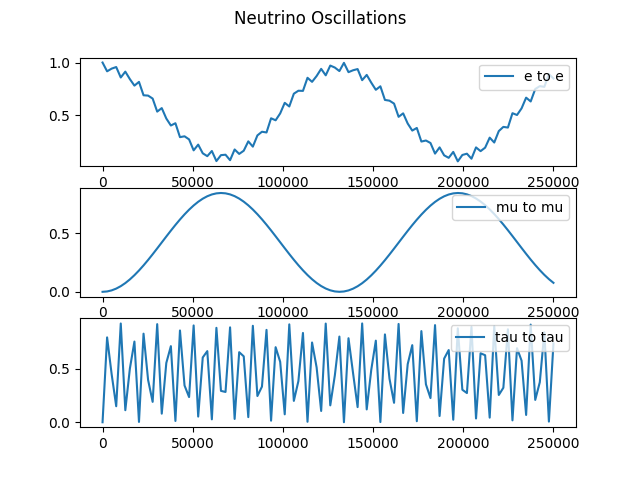
Repository: MichaelCullen2011/QuantumAndNeutrinos
Script's output: python neutrinos.py
An editor plug-in stored every save of this project. The script's output is shown before and after the next save, followed by the edit.
Random numbers start from a fixed seed.

Above is the script's output before, as saved 2021-06-02 16:37:54.

### neutrinos.py
import numpy as np
import matplotlib.pyplot as plt


'''
To Do           - tau interactions
                - clean up constant variables into dicts or lists
'''


'''
Variables and Constants
'''
# # Constants
# Mass difference squared between two flavour states
delta_m_sq = {'eu': 7.53e-5, 'tu': 2.44e-3, 'te': 2.44e-3, 'ue': 7.53e-5, 'ut': 2.44e-3, 'et': 2.44e-3}     # eV**2
delta_m_e_mu_sq = 7.53e-5      # eV**2
delta_m_tau_mu_sq = 2.44e-3    # eV**2  # can be +ve or -ve
delta_m_tau_e_sq = 2.44e-3     # eV**2  # can be +ve or -ve
delta_m_mu_e_sq = delta_m_e_mu_sq      # eV**2
delta_m_mu_tau_sq = delta_m_tau_mu_sq    # can be +ve or -ve
delta_m_e_tau_sq = delta_m_tau_e_sq     # eV**2

# Angle between flavour states
sin_q_theta = {'eu': 0.846, 'tu': 0.92, 'te': 0.093, 'ue': 0.846, 'ut': 0.92, 'et': 0.093}
sin_sq_theta_e_tau = 0.093
sin_sq_theta_e_mu = 0.846
sin_sq_theta_mu_tau = 0.92      # actually > 0.92 but it varies on atmospheric values
sin_sq_theta_mu_e = sin_sq_theta_e_mu
sin_sq_theta_tau_e = sin_sq_theta_e_tau
sin_sq_theta_tau_mu = sin_sq_theta_mu_tau

G_f = 1.1663787e-5         # GeV-2
sin_sq_theta_w = 0.22290        # Weinberg angle
m_e = 0.511 * 1e-3     # GeV c-2
m_u = 105 * 1e-3       # GeV c-2
sigma_naught = 1.72e-45         # m**2 / GeV

# # Variables
m_out = 10       # reactant mass out (electrons, muons etc)
m_in = 1000        # reactant mass in (electrons, muons etc)
E_v = 100     # Neutrino energy
L = 10       # distance oscillating (for oscillation)
E = E_v     # Neutrino beam energy
d = 10       # distance travelled (for decoherence)



'''
Oscillation Probabilities   -   p_oscill = (np.sin(2 * theta))**2 * (np.sin((delta_m_sq * L) / (4 * E)))**2
'''
class Oscillations:
    def __init__(self, distance):
        self.prob_list = {
            'eu': [], 'et': [],
            'ue': [], 'ut': [],
            'te': [], 'tu': [],
            'ee': [], 'uu': [],     # do these last as theyre calculated based on the previously calculated
            'tt': [],
        }

        self.prob_reduced = {
            'e': [],
            'u': [],
            't': []
        }

        self.prob_neut = []

        self.max_points = 100      # Number of points
        E = 4      # GeV
        self.L = distance    # Km
        self.x_range = np.linspace(0, self.L / E, self.max_points)
        theta_range = np.linspace(0, 2 * np.pi, self.max_points)

    def calculate(self):
        for x in self.x_range:
            # print(f"Calculated Probability of {self.max_points}")
            for change in self.prob_list.keys():
                if change not in ['ee', 'uu', 'tt']:
                    self.prob_list[change].append(Oscillations.prob(self, flavours=change, x=x))
            self.prob_list['ee'].append(1 - (self.prob_list['eu'][-1] + self.prob_list['et'][-1]))
            self.prob_list['uu'].append(1 - (self.prob_list['ue'][-1] + self.prob_list['ut'][-1]))
            self.prob_list['tt'].append(1 - (self.prob_list['te'][-1] + self.prob_list['tu'][-1]))

        self.prob_reduced['e'] = [self.prob_list['ee'], self.prob_list['eu'], self.prob_list['et']]
        self.prob_reduced['u'] = [self.prob_list['uu'], self.prob_list['ue'], self.prob_list['ut']]
        self.prob_reduced['t'] = [self.prob_list['tt'], self.prob_list['te'], self.prob_list['tu']]
        Oscillations.plot(self)

    def plot(self):
        fig, axs = plt.subplots(3)
        fig.suptitle('Neutrino Oscillations')

        n = 0
        for probs in self.prob_reduced.values():
            axs[n].plot(self.x_range, probs[n])
            if n == 0:
                axs[n].legend(['e to e', 'e to mu', 'e to tau'], loc=1)
            elif n == 1:
                axs[n].legend(['mu to mu', 'mu to e', 'mu to tau'], loc=1)
            elif n == 2:
                axs[n].legend(['tau to tau', 'tau to e', 'tau to mu'], loc=1)
            n += 1


            # if n == 1:
            #     for p in probs:
            #         axs[n].plot(self.x_range, p)
            #         axs[n].legend(['mu to mu', 'mu to e', 'mu to tau'], loc=1)
            # if n == 2:
            #     for p in probs:
            #         axs[n].plot(self.x_range, p)
            #         axs[n].legend(['tau to tau', 'tau to e', 'tau to mu'], loc=1)

        # for initial_flavours, probs in self.prob_reduced.items():
        #     axs[n].plot(self.x_range, probs[0], '-')
        #     axs[n].plot(self.x_range, probs[1], '-')
        #     axs[n].plot(self.x_range, probs[2], '-')
        # plt.legend(self.prob_reduced.keys())
        # plt.legend(self.prob_neut.keys())
        plt.show()

    def prob(self, flavours, x):
        if flavours == 'eu':
            prob = sin_sq_theta_e_mu * np.square(np.sin(1.27 * delta_m_e_mu_sq * x / 4))
        elif flavours == 'et':
            prob = sin_sq_theta_e_tau * np.square(np.sin(1.27 * delta_m_e_tau_sq * x / 4))
        elif flavours == 'ue':
            prob = sin_sq_theta_e_mu * np.square(np.sin(1.27 * delta_m_mu_e_sq * x / 4))
        elif flavours == 'ut':
            prob = sin_sq_theta_mu_tau * np.square(np.sin(1.27 * delta_m_mu_tau_sq * x / 4))
        elif flavours == 'te':
            prob = sin_sq_theta_tau_e * np.square(np.sin(1.27 * delta_m_tau_e_sq * x / 4))
        elif flavours == 'tu':
            prob = sin_sq_theta_tau_mu * np.square(np.sin(1.27 * delta_m_tau_mu_sq * x / 4))
        return prob



'''
Cross Sections
'''
class CrossSections:
    def __init__(self, energy, lepton):
        E_v = energy
        sigma_naught = 1.72e-45

        s_e = sigma_naught * np.pi / G_f**2
        s_u = s_e * (m_u / m_e)

        sigma_naught_e = (2 * m_e * G_f**2 * E_v) / np.pi
        sigma_naught_u = (2 * m_u * G_f**2 * E_v) / np.pi

        if lepton == 'e':
            sigma_naught = sigma_naught_e
            self.cs_without_ms = {'e_e': [], 'E_E': [], 'E_U': [], 'u_e': [], 'u_u': [], 'U_U': []}
            self.cs_with_ms = {'e_e': [], 'E_E': [], 'E_U': [], 'u_e': [], 'u_u': [], 'U_U': []}

        elif lepton == 'u':
            sigma_naught = sigma_naught_u
            self.cs_without_ms = {'e_e': [], 'E_E': [], 'U_E': [], 'e_u': [], 'u_u': [], 'U_U': []}
            self.cs_with_ms = {'e_e': [], 'E_E': [], 'U_E': [], 'e_u': [], 'u_u': [], 'U_U': []}

        for flavour in self.cs_without_ms.keys():
            cs = CrossSections.neutrino_and_electron(self, flavour=flavour) * energy * sigma_naught
            self.cs_without_ms[flavour].append(cs)
            self.cs_with_ms[flavour].append(
                cs * energy * sigma_naught *
                CrossSections.mass_suppression(
                    self, flavour, energy=energy, reaction_lepton=lepton
                )
            )

    def neutrino_and_electron(self, flavour):
        if flavour == 'e_e':
            cs = 0.25 + sin_sq_theta_w + (4 / 3) * np.square(sin_sq_theta_w)
        elif flavour == 'E_E':
            cs = (1 / 12) + 1 / 3 * (sin_sq_theta_w + 4 / 3 * np.square(sin_sq_theta_w))
        elif flavour == 'E_U' or flavour == 'U_E':
            cs = 1 / 3
        elif flavour == 'u_e' or flavour == 'e_u':
            cs = 1
        elif flavour == 'u_u':
            cs = 1 / 4 - sin_sq_theta_w + 4 / 3 * np.square(sin_sq_theta_w)
        elif flavour == 'U_U':
            cs = 1 / 12 - 1 / 3 * sin_sq_theta_w + 4 / 3 * np.square(sin_sq_theta_w)
        return cs

    def mass_suppression(self, flavour, energy, reaction_lepton='e'):
        m_E = m_e
        m_U = m_u
        if reaction_lepton == 'e':
            m_in = m_e
        elif reaction_lepton == 'u':
            m_in = m_u

        if flavour == 'e_e':
            zeta = 1 - ((m_e ** 2) / (m_in ** 2 + 2 * m_in * energy))
        elif flavour == 'E_E':
            zeta = 1 - ((m_e ** 2) / (m_in ** 2 + 2 * m_in * energy))
        elif flavour == 'E_U':
            zeta = 1 - ((m_u ** 2) / (m_in ** 2 + 2 * m_in * energy))
        elif flavour == 'u_e':
            zeta = 1 - ((m_u ** 2) / (m_in ** 2 + 2 * m_in * energy))
        elif flavour == 'u_u':
            zeta = 1 - ((m_e ** 2) / (m_in ** 2 + 2 * m_in * energy))
        elif flavour == 'U_U':
            zeta = 1 - ((m_e ** 2) / (m_in ** 2 + 2 * m_in * energy))
        # neutrino-muon specific reactions
        elif flavour == 'U_E':
            zeta = 1 - ((m_e ** 2) / (m_in ** 2 + 2 * m_in * energy))
        elif flavour == 'e_u':
            zeta = 1 - ((m_e ** 2) / (m_in ** 2 + 2 * m_in * energy))
        return zeta



'''
Wave Functions (for plotting)
'''
class WaveFunctions:
    def __init__(self, accuracy):
        phi = np.linspace(0, np.pi, accuracy)
        theta = np.linspace(0, 2 * np.pi, 20)
        prob_at_detector = {'e_e': [], 'e_mu': [], 'e_tau': [],
                            'mu_mu': [], 'mu_e': [], 'mu_tau': [],
                            'tau_tau': [], 'tau_e': [], 'tau_mu': []}
        flavour_list = ['e_e', 'e_mu', 'e_tau', 'mu_mu', 'mu_e', 'mu_tau', 'tau_tau', 'tau_e', 'tau_mu']
        detector_1 = {'e_e': [], 'e_mu': [], 'e_tau': [],
                      'mu_mu': [], 'mu_e': [], 'mu_tau': [],
                      'tau_tau': [], 'tau_e': [], 'tau_mu': []}
        detector_2 = {'e_e': [], 'e_mu': [], 'e_tau': [],
                      'mu_mu': [], 'mu_e': [], 'mu_tau': [],
                      'tau_tau': [], 'tau_e': [], 'tau_mu': []}

        for flavour_change in flavour_list:
            for phi_value in phi:
                prob_at_detector[flavour_change].append(WaveFunctions.prob(self, flavour=flavour_change, phi=phi_value))

            for tuple in prob_at_detector[flavour_change]:
                detector_1[flavour_change].append(tuple[0])
                detector_2[flavour_change].append(tuple[0])

        fig1 = plt.figure()
        fig2 = plt.figure()
        ax1 = fig1.add_subplot(111)
        ax2 = fig2.add_subplot(111)
        ax1.title.set_text('Detector 1 Probabilities')
        ax2.title.set_text('Detector 2 Probabilities')

        ax1.set_xticks(ticks=np.linspace(start=0, stop=2 * np.pi, num=int(accuracy)))
        ax1.set_yticks(ticks=np.linspace(0, 1, num=5))
        ax2.set_xticks(ticks=np.linspace(start=0, stop=2 * np.pi, num=int(accuracy)))
        ax2.set_yticks(ticks=np.linspace(0, 1, num=5))


        for prob_list in detector_1.values():
            #print(prob_list)
            ax1.plot(phi, prob_list, '--', linewidth=1)

        for prob_list in detector_2.values():
            #print(prob_list)
            ax2.plot(phi, prob_list, '--', linewidth=1)

        ax1.legend(flavour_list, loc=1)
        ax2.legend(flavour_list, loc=1)

    def prob(self, flavour, phi):
        order_tau_d_same = 1
        order_tau_d_change = 1 / 3
        if flavour == 'e_e':
            prob_f1 = 1
            prob_f2 = 0
        elif flavour == 'e_mu':
            prob_f1 = 1 - (np.sqrt(sin_sq_theta_e_tau) / 2) * (1 - order_tau_d_change * np.cos(phi))
            prob_f2 = (np.sqrt(sin_sq_theta_e_tau) / 2) * (1 - order_tau_d_change * np.cos(phi))
        elif flavour == 'e_tau':
            prob_f1 = 1 - (np.sqrt(sin_sq_theta_e_tau) / 2) * (1 - order_tau_d_change * np.cos(phi))
            prob_f2 = (np.sqrt(sin_sq_theta_e_tau) / 2) * (1 - order_tau_d_change * np.cos(phi))
        if flavour == 'mu_mu':
            prob_f1 = 1
            prob_f2 = 0
        elif flavour == 'mu_e':
            prob_f1 = 1 - (np.sqrt(sin_sq_theta_e_mu) / 2) * (1 - order_tau_d_change * np.cos(phi))
            prob_f2 = (np.sqrt(sin_sq_theta_e_mu) / 2) * (1 - order_tau_d_change * np.cos(phi))
        elif flavour == 'mu_tau':
            prob_f1 = 1 - (np.sqrt(sin_sq_theta_mu_tau) / 2) * (1 - order_tau_d_change * np.cos(phi))
            prob_f2 = (np.sqrt(sin_sq_theta_mu_tau) / 2) * (1 - order_tau_d_change * np.cos(phi))
        if flavour == 'tau_tau':
            prob_f1 = 1
            prob_f2 = 0
        elif flavour == 'tau_e':
            prob_f1 = 1 - (np.sqrt(sin_sq_theta_tau_e) / 2) * (1 - order_tau_d_change * np.cos(phi))
            prob_f2 = (np.sqrt(sin_sq_theta_tau_e) / 2) * (1 - order_tau_d_change * np.cos(phi))
        elif flavour == 'tau_mu':
            prob_f1 = 1 - (np.sqrt(sin_sq_theta_tau_mu) / 2) * (1 - order_tau_d_change * np.cos(phi))
            prob_f2 = (np.sqrt(sin_sq_theta_tau_mu) / 2) * (1 - order_tau_d_change * np.cos(phi))
        return prob_f1, prob_f2



'''
Gates
'''
class Gates:
    def __init__(self, energy_list):
        self.energy_list = energy_list
        self.gate_energy_reactions = None
        self.leptons = {'e': [], 'u': []}       # currently only considering e and mu (no tau)
        self.all_values = {}

    def calculate(self):
        for energy in self.energy_list:
            for lepton in self.leptons.keys():
                # print(f'\n Cross Sections for Reactions with {lepton} at {energy} GeV:')
                self.leptons[lepton] = CrossSections(energy=energy, lepton=lepton)    # Energy in GeV

            gate_reactions = Gates.gate_cs(Gates.combine_cs(self))
            if self.gate_energy_reactions is None:      # checking if first time running this script
                self.gate_energy_reactions = gate_reactions
            else:
                for flavour, value in gate_reactions.items():
                    self.gate_energy_reactions[flavour].append(value[0])
            self.all_values[energy] = [values for values in gate_reactions.values()]
            print(f"Average Prob for {energy} GeV: ", np.average(self.all_values[energy]))
            if energy == self.energy_list[-1]:
                print(f"Neutrino-Lepton Gate Probabilities for {energy}GeV: \n {gate_reactions}")

        # plot
        Gates.plot_energies(self)
        plt.show()


    def combine_cs(self):
        all_cs = {'e_e': [], 'e_u': [], 'u_u': [], 'u_e': [], 'E_E': [], 'E_U': [], 'U_U': [], 'U_E': []}
        e_class = self.leptons['e']
        u_class = self.leptons['u']
        for all_reaction in all_cs.keys():
            for e_reaction, e_value in e_class.cs_without_ms.items():
                if e_reaction == all_reaction:
                    all_cs[all_reaction].append(e_value[0])
            for u_reaction, u_value in u_class.cs_without_ms.items():
                if u_reaction == all_reaction:
                    all_cs[all_reaction].append(u_value[0])

        for all_reaction, all_values in all_cs.items():
            if len(all_values) > 1:
                all_cs[all_reaction] = [(all_values[0] + all_values[1]) / 2]
        return all_cs


    @staticmethod
    def gate_cs(all_cs):
        # creates our final dict with the probabilities for all gate interactions
        single_reactions = ['e_e', 'e_u', 'u_u', 'u_e']
        single_reactions_anti = ['E_E', 'E_U', 'U_U', 'U_E']
        whole_reaction = []
        for first_reaction in single_reactions:
            for second_reaction in single_reactions:
                whole_reaction.append(first_reaction[0] + second_reaction[0] + '_' + first_reaction[2] + second_reaction[2])
        for first_reaction in single_reactions_anti:
            for second_reaction in single_reactions_anti:
                whole_reaction.append(first_reaction[0] + second_reaction[0] + '_' + first_reaction[2] + second_reaction[2])
        gate_reactions = {whole_keys: [] for whole_keys in whole_reaction}


        # reaction 1 is reaction_combined[0] + '_' + reaction_combined[3]
        # reaction 2 in reaction_combined[1] + '_' + reaction_combined[4]
        for reaction_combined in gate_reactions.keys():
            first_reaction = reaction_combined[0] + '_' + reaction_combined[3]
            second_reaction = reaction_combined[1] + '_' + reaction_combined[4]
            gate_reactions[reaction_combined] = [all_cs[first_reaction][0] * all_cs[second_reaction][0]]

        # for key, value in gate_reactions.items():
        #     print(f"{key}: {value}")
        return gate_reactions


    def plot_energies(self):
        for flavour, values in self.gate_energy_reactions.items():
            self.gate_energy_reactions[flavour] = [values, list(self.energy_list)]

        for flavour, values in self.gate_energy_reactions.items():
            plt.plot(values[1], values[0], '-')
        plt.title(f"Neutrino-Lepton Gate Cross-Sections for Energies: {int(min(self.energy_list))}GeV - {int(max(self.energy_list))}GeV")
        plt.legend(self.gate_energy_reactions.keys())



'''
Running
'''
Oscillations(distance=1e6).calculate()    # Prints oscillation probabilities for flavours given the distance it travels

# WaveFunctions(accuracy=20)      # Currently Broken. Doesnt plot correctly # Accuracy is the number of points within the range

# Gates(energy_list=np.linspace(1, 100, 10)).calculate()         # calculates and plots gate probabilities at various energies for different interactions

plt.show()

After the next save:
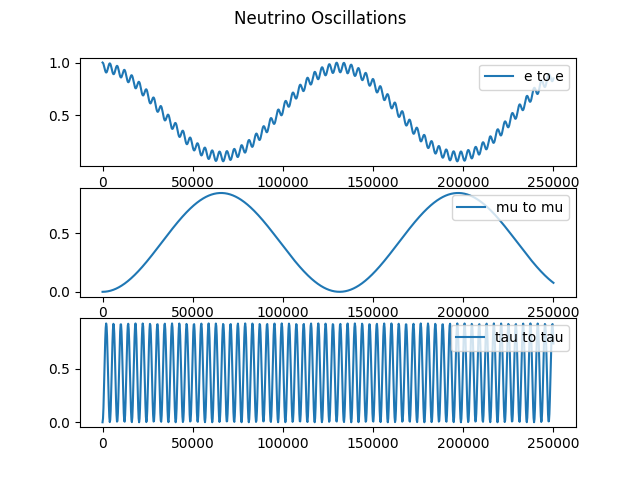
Saved 21 s later.
--- a/neutrinos.py
+++ b/neutrinos.py
@@ -67,7 +67,7 @@ class Oscillations:
 
         self.prob_neut = []
 
-        self.max_points = 100      # Number of points
+        self.max_points = 1000      # Number of points
         E = 4      # GeV
         self.L = distance    # Km
         self.x_range = np.linspace(0, self.L / E, self.max_points)
